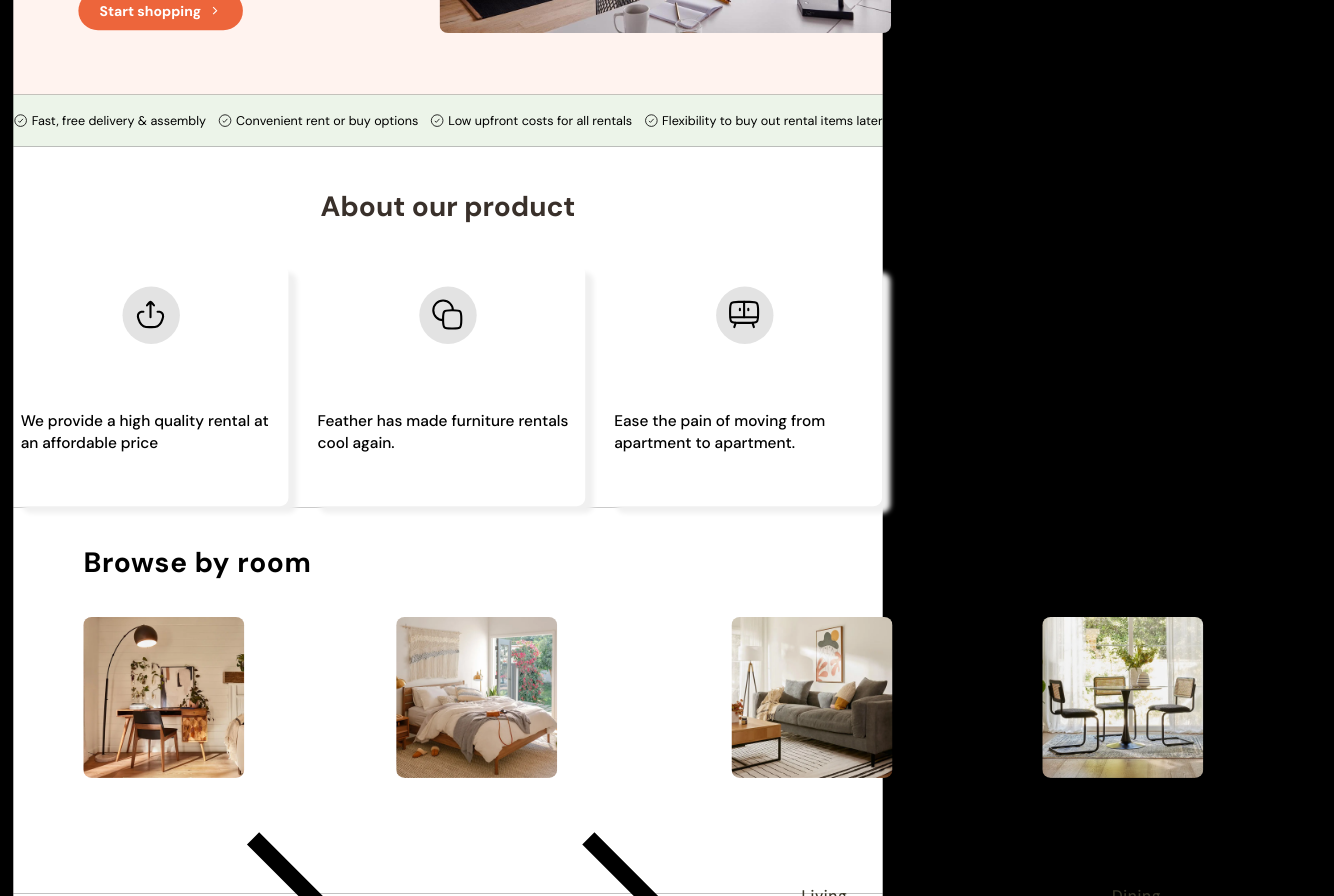
Repository: noman-source/Furniture-website
Page: index.html
The author's editor kept a copy of each file at every save. The page is drawn from the files as they stood at one save, then again after the next save.
The browser window is 1280 px wide. The page is 1905 px wide, so the pictures cover 1905 px, including what lies to the right of the window. The pictures show the part of the page from y = 526 to 1806 px (the page is 4311 px tall), at 70% of full size.

Above is the page before, as saved 2025-07-04 12:57:29.

### index.html
<!DOCTYPE html>
<html lang="en">

<head>
    <meta charset="UTF-8">
    <meta name="viewport" content="width=device-width, initial-scale=1.0">
    <title>Document</title>
    <link rel="stylesheet" href="style.css">
</head>

<body>
    <header>
        <div class="navbar">
            <div class="nav-left">
                <ul>
                    <li>Cards</li>
                    <li>About</li>
                    <li>App</li>
                </ul>
            </div>
            <div class="nav-center">
                <ul>
                    <li><img src="asserts/svg/navbar-logo.svg" alt=""></li>
                    <li>Halal_Lab</li>
                </ul>
            </div>
            <div class="nav-right"><button><img src="asserts/svg/search.svg" alt="">Check delivery area</button></div>
        </div>
    </header>
    <main>
        <div class="section1">
            <div class="section1-left">
                <div class="section1-text">
                    <h2>An innovative way to make furniture lighter</h2>
                    <h4>Discover hassle-free delivery, free assembly and the flexibility to rent, rent-to-own or buy.
                    </h4>
                    <div class="section1-butt"><button>
                            <p>Start shopping</p><img src="asserts/svg/arrow.svg" alt="">
                        </button></div>
                </div>
            </div>
            <div class="section1-right">
                <img src="asserts/image/img 1.jpg" alt="">
            </div>
        </div>
        <div class="section2">
            <ul>
                <li><img src="asserts/svg/checkmark-circle-01.svg" alt="">Fast, free delivery & assembly</li>
                <li><img src="asserts/svg/checkmark-circle-01.svg" alt="">Convenient rent or buy options</li>
                <li><img src="asserts/svg/checkmark-circle-01.svg" alt="">Low upfront costs for all rentals</li>
                <li><img src="asserts/svg/checkmark-circle-01.svg" alt="">Flexibility to buy out rental items later</li>
            </ul>
        </div>
        <div class="section3">
            <p>About our product</p>
            <div class="section3-content">
                <div class="box box1">
                    <div class="circle"><img src="asserts/svg/upload-03.svg" alt=""></div>
                    <p>We provide a high quality rental at an affordable price</p>
                </div>
                <div class="box box2">
                    <div class="circle"><img src="asserts/svg/drawing-mode.svg" alt=""></div>
                    <p>Feather has made furniture rentals
                        cool again.</p>
                </div>
                <div class="box box3">
                    <div class="circle"><img src="asserts/svg/cabinet-01.svg" alt=""></div>
                    <p>Ease the pain of moving from
                        apartment to apartment.</p>
                </div>

            </div>
        </div>
        <div class="section4">
            <p>Browse by room</p>
            <div class="section4-content">
                <div class="box box1"><img src="asserts/image/img 2.png" alt="">
                    <p>Office <img src="asserts/svg/Vector.svg" alt=""></p>
                </div>
                <div class="box box2"><img src="asserts/image/img 3.png" alt="">
                    <p>Bedroom <img src="asserts/svg/Vector.svg" alt=""></p>
                </div>
                <div class="box box3"><img src="asserts/image/img 4.png" alt="">
                    <p>Living room <img src="asserts/svg/Vector.svg" alt=""></p>
                </div>
                <div class="box box4"><img src="asserts/image/img 5.png" alt="">
                    <p>Dining room <img src="asserts/svg/Vector.svg" alt=""></p>
                </div>
            </div>
        </div>
        <div class="section5">
            <div class="section5-top">
                <div class="left">
                    <div class="text">
                        <h3>Hassle free</h3>
                        <p>High quality but affordable rental designs.</p>
                    </div>
                    <div class="button"><button>Learn more <img src="asserts/svg/arrow-down-01.svg" alt=""></button>
                    </div>
                </div>
                <div class="right"><img src="asserts/image/img 6.png" alt=""></div>
            </div>
            <div class="section5-middle">
                <div class="right"><img src="asserts/image/img 7.png" alt=""></div>
                <div class="left">
                    <div class="text">
                        <h3>Risk free</h3>
                        <p>Furniture three ways. Rent, rent-to-own, or buy. Your furniture is as flexible as you need it
                            to be.</p>
                    </div>
                    <div class="button"><button>Learn more <img src="asserts/svg/arrow-down-01.svg" alt=""></button>
                    </div>
                </div>
            </div>
            <div class="section5-end">
                <div class="left">
                    <div class="text">
                        <h3>Waste free</h3>
                        <p>Last year we saved 522 tons of furniture from landfills. With your help, we can do even more.
                        </p>
                    </div>
                    <div class="button"><button>Learn more <img src="asserts/svg/arrow-down-01.svg" alt=""></button>
                    </div>
                </div>
                <div class="right"><img src="asserts/image/img 8.png" alt=""></div>
            </div>
        </div>
        <div class="section6">
            <div class="section6-content">
                <h3>Shop what’s new</h3>
                <div class="boxes">
                    <div class="box">
                        <div class="box-top"><img src="asserts/image/img 9.png" alt=""></div>
                        <div class="box-bottom">
                            <h4>Valencia Modular </h4>
                            <p>$2,999</p>
                        </div>
                    </div>
                    <div class="box">
                        <div class="box-top"><img src="asserts/image/img 10.png" alt=""></div>
                        <div class="box-bottom">
                            <h4>The Floyd sofa</h4>
                            <p>$1200</p>
                        </div>
                    </div>
                    <div class="box">
                        <div class="box-top"><img src="asserts/image/img 11.png" alt=""></div>
                        <div class="box-bottom">
                            <h4>Playa Outdoor</h4>
                            <p>$1999</p>
                        </div>
                    </div>
                    <div class="box">
                        <div class="box-top"><img src="asserts/image/img 12.png" alt=""></div>
                        <div class="box-bottom">
                            <h4>Remi standing</h4>
                            <p>$2,999</p>
                        </div>
                    </div>
                </div>
            </div>
        </div>
    </main>

    <footer>
        <div class="boxes">
            <div class="box box1">
                <div class="box1-top">
                    <p>Be in the know<br>
                        Get the latest products, promotions, and design tips in your inbox. Sign up and get 25% off your
                        first month.</p>
                </div>
                <div class="box1-bottom"><input type="email"placeholder="Email"><button>Submit</button></div>
            </div>
            <div class="box box2"><ul>
                <li>Shop</li>
                <li>The Goods</li>
                <li>Feather for Business</li>
                <li>Get design help</li>
            </ul></div>
            <div class="box box3"><ul>
                <li>Help</li>
                <li>hello@livefeather.com</li>
                <li>FAQs</li>
            </ul></div>
            <div class="box box4"><ul>
                <li>Follow us</li>
                <li><img src="asserts/svg/Instagram.svg" alt=""><img src="asserts/svg/Twitter.svg" alt=""><img src="asserts/svg/pinterest.svg" alt=""><img src="asserts/svg/Facebook.svg" alt=""><img src="asserts/svg/linkdin.svg" alt=""></li>
            </ul></div>
        </div>
    </footer>

</body>

</html>

### style.css
@import url('https://fonts.googleapis.com/css2?family=DM+Sans:ital,opsz,wght@0,9..40,100..1000;1,9..40,100..1000&display=swap');
@import url('https://fonts.googleapis.com/css2?family=DM+Sans:ital,opsz,wght@0,9..40,100..1000;1,9..40,100..1000&display=swap');
@import url('https://fonts.googleapis.com/css2?family=DM+Sans:ital,opsz,wght@0,9..40,100..1000;1,9..40,100..1000&display=swap');

body {
    font-family: "DM Sans", sans-serif;
    background-color: black;
}

.website {
    background-color: white;
}

* {
    margin: 0;
    padding: 0;
}

header .navbar {
    width: 97%;
    margin: auto;
    height: 72px;
    display: flex;
    justify-content: space-around;
    align-items: center;
    background-color: rgb(246, 244, 244);
    gap: 13%;
    border-bottom: 1px solid #E4E4E4;
}

header .navbar .nav-left {
    font-size: 16px;
    font-weight: 500;
    line-height: 24px;
    letter-spacing: -1%;
}

header .navbar .nav-left ul {
    display: flex;
    justify-content: center;
    align-items: center;
    gap: 50px;
}

header .navbar .nav-left ul li {
    list-style-type: none;
}

header .navbar .nav-center ul {
    display: flex;
    justify-content: center;
    align-items: center;
    gap: 10px;
    font-family: "Ramabhadra", sans-serif;
}

header .navbar .nav-center ul li {
    list-style-type: none;
    font-size: 18px;
    font-weight: 400;
    display: flex;
    justify-content: center;
    align-items: center;
}

header .navbar .nav-right button {
    width: 130%;
    height: 40px;
    background-color: #FD653E;
    border-radius: 32px;
    border: none;
    transform: translateX(-50px);
    display: flex;
    justify-content: center;
    align-items: center;
    gap: 15px;
    font-size: 16px;
    font-weight: 700;
    color: white;
}

main .section1 {
    width: 97%;
    margin: auto;
    height: 588px;
    background-color: #FFF3EF;
    display: flex;
    justify-content: space-around;
    align-items: center;
}

main .section1 .section1-right {
    width: 50%;
    display: flex;
    justify-content: center;
    align-items: center;
}

main .section1 .section1-left {
    width: 50%;
}

main .section1 .section1-left .section1-text {
    width: 70%;
    margin: auto;
    height: 250px;
    display: flex;
    flex-direction: column;
    gap: 20px;
}

main .section1 .section1-left .section1-text h2 {
    font-size: 48px;
    font-weight: 700;
}

main .section1 .section1-left .section1-text p {
    font-size: 18px;
    font-weight: 400;
    color: #39382A;
}

main .section1 .section1-left .section1-text button {
    width: 235px;
    height: 56px;
    display: flex;
    justify-content: center;
    align-items: center;
    gap: 10px;
    border-radius: 32px;
    border: transparent;
    background-color: #ED653B;
}

main .section1 .section1-left .section1-text button p {
    color: white;
    font-size: 20px;
    font-weight: 700;
    font-family: "DM Sans", sans-serif;
}

main .section1 .section1-right img {
    width: 645px;
    border-radius: 12px;
}

.section2 {
    height: 74px;
    width: 97%;
    margin: auto;
    background-color: #ECF4E9;
}

.section2 ul {
    height: 74px;
    display: flex;
    justify-content: space-between;
    align-items: center;
}

.section2 ul li {
    font-family: "DM Sans", sans-serif;
    list-style-type: none;
    display: flex;
    justify-content: center;
    align-items: center;
    gap: 5px;
    font-size: 18px;
    font-weight: 400;
}

.section3 {
    width: 97%;
    margin: auto;
    height: 516px;
    background-color: white;
}

.section3>p {
    font-size: 40px;
    font-weight: 700;
    height: 170px;
    display: flex;
    color: #39302A;
    justify-content: center;
    align-items: center;
}

.section3-content {
    display: flex;
    justify-content: center;
    align-items: center;
    gap: 32px;
}

.section3-content .box {
    width: 392px;
    border-radius: 12px;
    height: 344px;
    display: flex;
    align-items: center;
    justify-content: center;
    flex-direction: column;
    gap: 50px;
    box-shadow: 12px 10px 8px #F0F0F0;
}

.section3-content .box .circle {
    width: 50px;
    height: 50px;
    transform: translateY(30px);
    gap: 10px;
    border-radius: 99px; /* Corrected to 99px based on later image */
    padding: 16px; /* Corrected to 16px based on later image */
    background-color: #E3E3E3; /* Corrected to #E3E3E3 based on later image */
}

.section3-content .box p {
    width: 373px;
    margin: auto;
    display: flex;
    font-family: DM Sans;
    font-weight: 500;
    font-size: 22px;
    line-height: 32px;
    /* letter-spacing: 0%; */
    /* vertical-align: middle; */
}

.section4 {
    width: 97%;
    margin: auto;
    height: 551px;
    background-color: white;
}

.section4 p {
    font-weight: 700;
    font-size: 40px;
    line-height: 56px;
    letter-spacing: 0.9px;
    padding-top: 50px;
    padding-left: 100px; /* Added based on later image */
}

.section4 .section4-content {
    height: 287px;
    display: flex;
    justify-content: flex-start;
    padding-left: 100px;
    padding-top: 50px;
    gap: 32px;
}

.section4 .section4-content .box {
    height: 287px;
    display: flex;
    flex-direction: column;
    gap: 20px;
}

.section4 .section4-content .box img {
    height: 230px;
    width: 230px;
    border-radius: 12px;
}

.section4 .section4-content .box p {
    font-family: DM Sans;
    font-weight: 500;
    font-size: 22px;
    line-height: 32px;
    display: flex;
    gap: 16px; /* Corrected to 16px based on later image */
    justify-content: flex-start;
    align-items: center; /* Added based on later image */
    color: #39382A; /* Added based on later image */
}

.section5 {
    height: 1548px;
    background-color: white;
    width: 97%;
    margin: auto;
    display: flex;
    justify-content: center;
    align-items: center;
    flex-direction: column;
    gap: 40px;
}

.section5 > .section5-top,
.section5-middle,
.section5-end {
    height: 430px;
    border: 2px solid #E4E4E4;
    width: 87%;
    margin: auto;
    border-radius: 10px;
}

.section5 .section5-top {
    background-color: #ECF4E9;
    display: flex;
    justify-content: space-around;
    align-items: center;
}

.section5 .section5-middle {
    background-color: #FEF3EE;
    display: flex;
    justify-content: space-around;
    align-items: center;
}

.section5 .section5-end {
    background-color: #F0F8FA;
    display: flex;
    justify-content: space-around;
    align-items: center;
}

.section5 .right img {
    width: 60px;
    height: 388px;
    border-radius: 60px;
}

.section5 .left {
    width: 50%;
    display: flex;
    flex-direction: column;
    justify-content: center;
    align-items: center;
    gap: 30px;
}

.section5 .left .text {
    display: flex;
    flex-direction: column;
    gap: 16px;
}

.section5 .left .button {
    display: flex;
    justify-content: flex-start;
}

.section5 .left .text button {
    width: 400px;
}

.section5 .right {
    padding: 20px;
}

.section5 h3 {
    font-weight: 700;
    font-size: 40px;
    line-height: 50px;
    letter-spacing: 0.96px;
}

.section5 p {
    font-family: DM Sans;
    font-weight: 500;
    font-size: 22px;
    line-height: 32px;
    letter-spacing: 0%; /* Added based on later image */
    vertical-align: middle; /* Added based on later image */
    color: #39382A; /* Added based on later image */
}

.section5 .left button {
    width: 202px;
    height: 56px;
    gap: 10px;
    border-width: 1px;
    padding-top: 16px;
    padding-right: 32px;
    padding-bottom: 16px;
    padding-left: 32px;
    border-radius: 32px;
    background-color: transparent;
    border: 2px solid #FD653E;
    color: #FD653E;
    display: flex;
    justify-content: center;
    align-items: center;
    font-family: DM Sans;
    font-weight: 700;
    font-size: 18px;
}

.section6 {
    background-color: white;
    height: 730px;
    width: 97%;
    margin: auto;
}

.section6 img {
    width: 286px;
    height: 203px;
    border-radius: 12px;
}

.section6 .section6-content {
    height: 548px;
    background-color: #FFFCF8;
    width: 90.7%;
    margin: auto;
    padding-left: 180px;
    padding-top: 80px;
    display: flex;
    flex-direction: column;
    gap: 20px;
}

.section6-content .boxes {
    display: flex;
    gap: 32px;
}

.section6-content .boxes .box {
    display: flex;
    flex-direction: column;
    gap: 19px;
}

.section6 h2 {
    font-family: Circular Std;
    font-weight: 700;
}

.section6 h3 {
    /* font-family: Circular Std; */
    font-weight: 700;
    font-size: 40px;
    line-height: 50px;
    letter-spacing: 0px;
    vertical-align: middle;
    color: #39382A;
}

.section6-content .box-bottom {
    display: flex;
    flex-direction: column;
    gap: 4px;
}

.section6-content .box-bottom h4 {
    font-family: DM Sans;
    font-weight: 500;
    font-size: 18px;
    line-height: 26px;
    letter-spacing: 0%;
    vertical-align: middle;
    color: #39382A;
}

.section6-content .box-bottom p {
    font-family: DM Sans;
    font-weight: 500;
    font-size: 10px;
    line-height: 14px;
    letter-spacing: 0%;
    vertical-align: middle;
    color: #ED653B;
}

footer {
    border-top: 1px solid #DC0805;
    width: 97%;
    background-color: white;
    height: 230px;
    margin: auto;
    display: flex;
    justify-content: center;
    align-items: center;
    /* transform: translateY(130px); */
}

footer .boxes {
    display: grid;
    grid-template-columns: 403px 180px 180px 170px;
    width: 85%;
    margin: auto;
    /* background-color: #39382A; */
    height: 144px;
    justify-content: space-between;
}

footer .boxes .box1 {
    display: flex;
    flex-direction: column;
    gap: 20px;
}

footer .boxes .box1-top {
    font-family: DM Sans;
    font-weight: 700;
    font-size: 34px;
}

footer .boxes .box1 .box1-top {
    font-weight: 400;
    font-size: 14.13px;
    line-height: 24px;
    letter-spacing: 0%;
    vertical-align: middle;
}

footer .boxes .box1 .box1-bottom {
    display: flex;
    gap: 16px;
    justify-content: center;
    align-items: center;
}

footer .boxes .box1 .box1-bottom input {
    width: 245px;
    height: 48px;
    border: 1px solid #EDEDED;
    border-radius: 32px;
    outline: none;
}

footer .boxes .box1 .box1-bottom input::placeholder {
    transform: translateX(20px);
    font-family: DM Sans;
    font-weight: 500;
    font-size: 16px;
    line-height: 24px;
    letter-spacing: 1%;
    vertical-align: middle;
    color: #BABABA;
}

footer .boxes .box1 .box1-bottom button {
    width: 140px;
    height: 48px;
    border-width: 1px;
    border-radius: 48px;
    border: 1px solid #ED653B;
    background-color: transparent;
    font-family: DM Sans;
    font-weight: 500;
    font-size: 16px;
    line-height: 24px;
    letter-spacing: 1%;
    vertical-align: middle;
    color: #ED653B;
}

footer .boxes ul li:first-child {
    font-weight: 500;
    font-size: 16px;
    letter-spacing: 0.16px;
    color: #2A2A2D;
}

footer .boxes ul {
    display: flex;
    flex-direction: column;
    gap: 16px;
}

footer .boxes ul li {
    list-style-type: none;
    font-family: DM Sans;
    font-weight: 400; /* Added based on latest image */
    font-size: 16px; /* Added based on latest image */
    color: #39382A; /* Added based on latest image */
}

footer .boxes .box4 li:last-of-type {
    display: flex;
    justify-content: space-between;
    align-items: center;
}

After the next save:
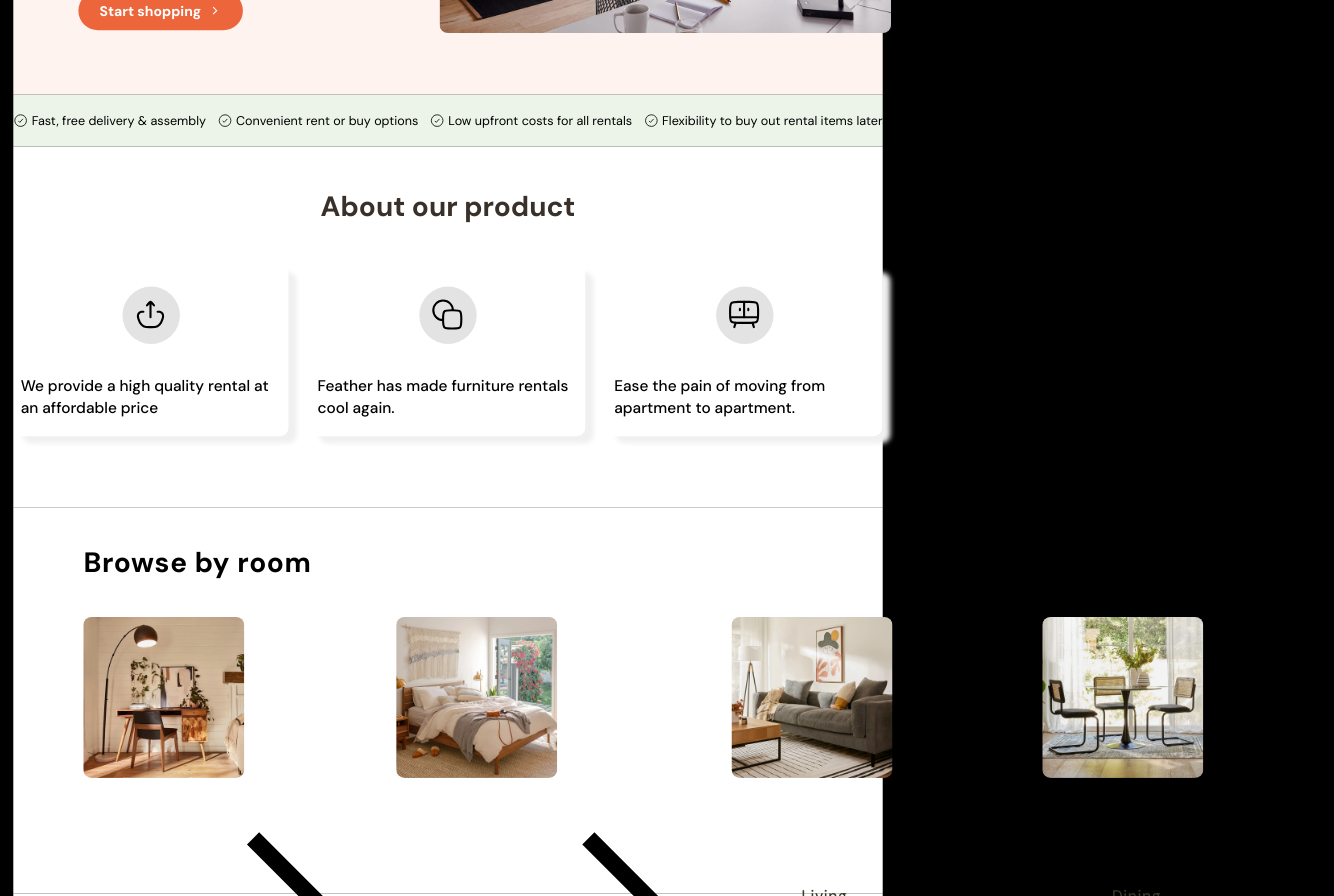
Saved 31 s later.
--- a/style.css
+++ b/style.css
@@ -196,7 +196,7 @@
 .section3-content .box {
     width: 392px;
     border-radius: 12px;
-    height: 344px;
+    height: 244px;
     display: flex;
     align-items: center;
     justify-content: center;
